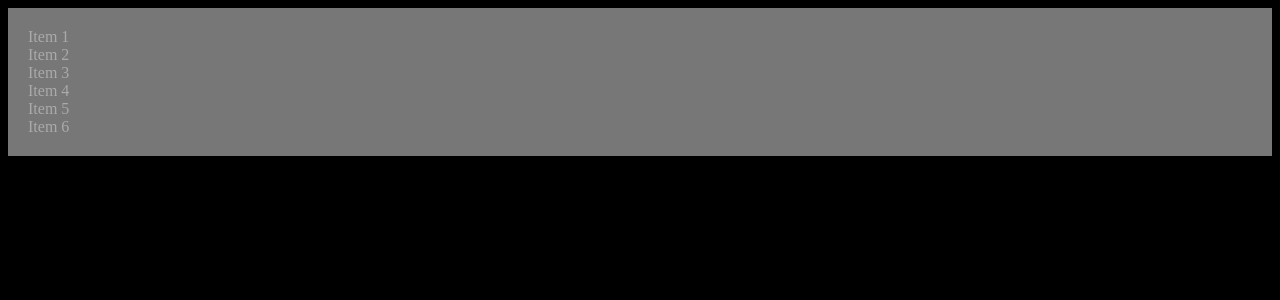
Repository: vitorgiovane/origamid-flexblog
Page: index.html
The author's editor kept a copy of each file at every save. The page is drawn from the files as they stood at one save, then again after the next save.
The browser window is 1280 px wide. The pictures show the whole page.

Above is the page before, as saved 2019-02-24 21:07:25.

After the next save:
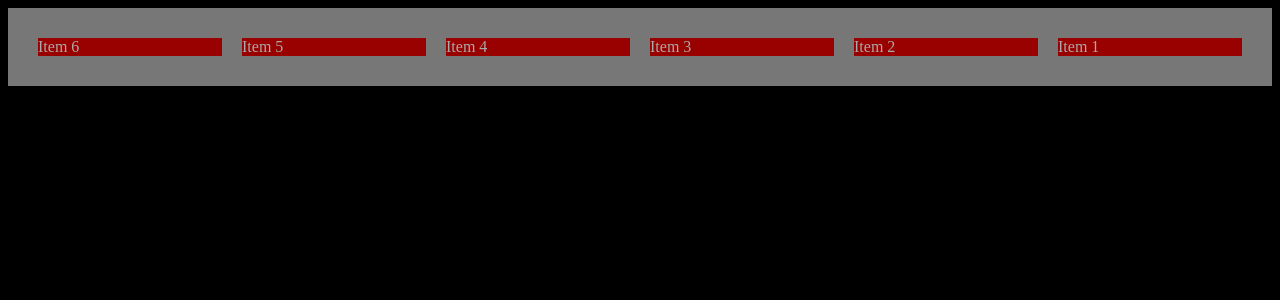
Saved 27 min 50 s later.
--- a/style.css
+++ b/style.css
@@ -6,6 +6,12 @@
 .container{
   background-color: #777;
   padding:20px;
+  display: flex;
+  flex-direction: row-reverse;
 }
 
-.item{}
+.item{
+  background-color: #900;
+  margin:10px;
+  flex: 1;
+}
